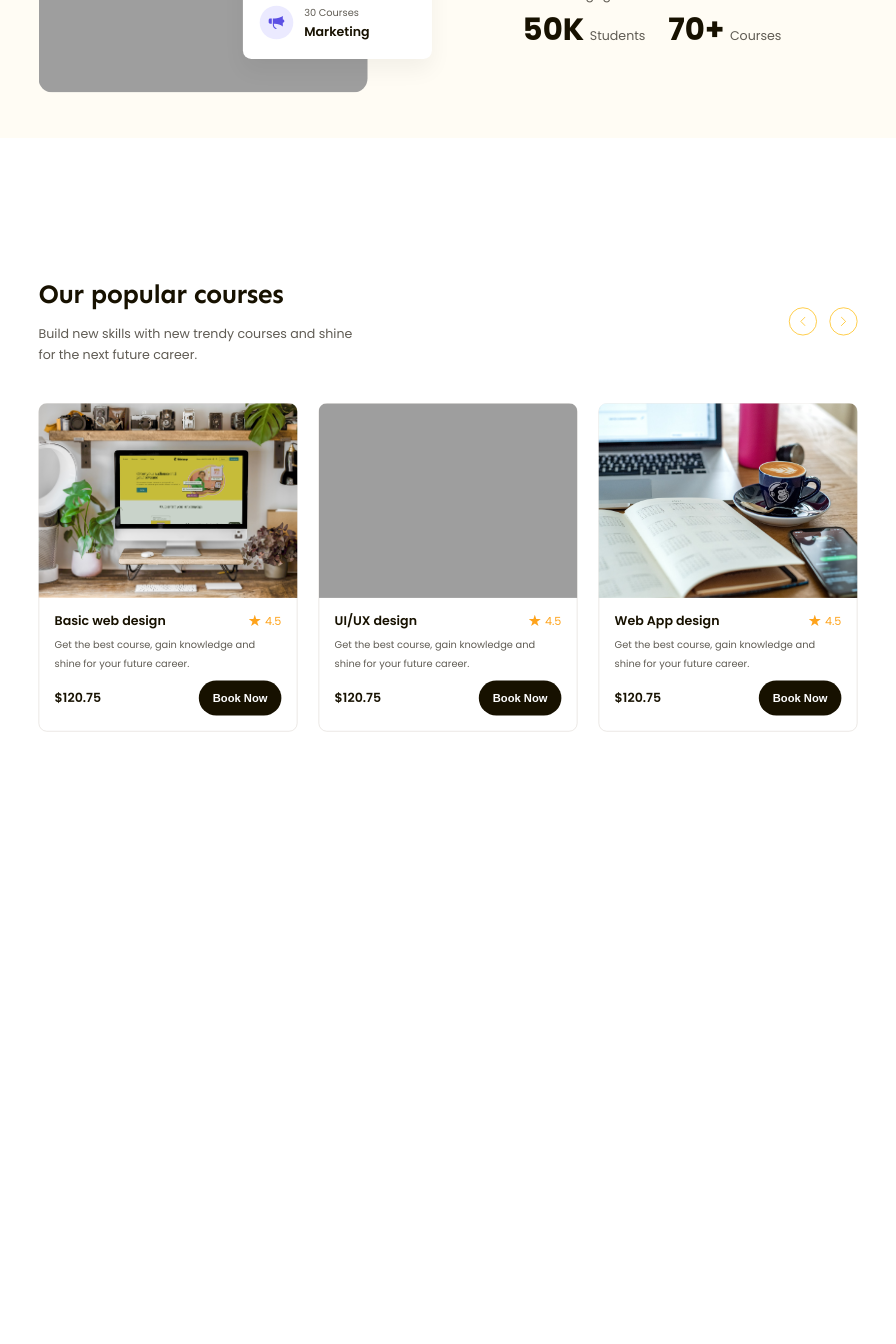
Repository: dovanlanh/f8-project-02
Page: index.html
An editor plug-in stored every save of this project. The page is shown before and after the next save, followed by the edit.
The browser window is 1280 px wide. The pictures show the part of the page from y = 703 to 2623 px (the page is 10000 px tall), at 70% of full size.
Pictures or frames that could not be fetched are drawn as grey boxes.

Above is the page before, as saved 2023-02-05 22:32:29.

### index.html
<!DOCTYPE html>
<html lang="en">
<head>
    <meta charset="UTF-8">
    <meta http-equiv="X-UA-Compatible" content="IE=edge">
    <meta name="viewport" content="width=device-width, initial-scale=1.0">
    <title>F8 Project 02</title>
    <!-- reset css -->
    <link rel="stylesheet" href="./assets/css/reset.css">
    <!-- embed fonts -->
    <link rel="preconnect" href="https://fonts.googleapis.com">
    <link rel="preconnect" href="https://fonts.gstatic.com" crossorigin>
    <link href="https://fonts.googleapis.com/css2?family=Poppins:ital,wght@0,400;0,500;0,600;0,700;1,400&family=Sen:wght@700&display=swap" rel="stylesheet">
    <!-- style -->
    <link rel="stylesheet" href="./assets/css/styles.css">
</head>
<body>
    <main style=" height: 10000px">
        <!-- header  -->
        <header class="header fixed">
            <div class="main-content">
                    <div class="body">
                        <!-- logo -->
                        <img src="./assets/img/Lesson.svg" alt="Lesson" class="Logo">
                        <!-- nav -->
                        <nav class="nav">
                            <ul>
                                <li class="active">
                                    <a href="#!">Home</a>
                                </li>
                                <li>
                                    <a href="#!">Courses</a>
                                </li>
                                <li>
                                    <a href="#!">Pricing</a>
                                </li>
                                <li>
                                    <a href="#!">Reviews</a>
                                </li>
                            </ul>
                        </nav>
                        <!-- active -->
                        <div class="action">
                            <a href="#!" class="btn sign-up-btn">Sign Up</a>
                        </div>
                    </div>
            </div>
        </header>
        <!-- Hero -->
        <div class="hero">
            <div class="main-content">
                <div class="body">
                    <!-- Hero left -->
                    <div class="media-block">
                        <img src="./assets/img/guy-lesson.svg" alt="" class="img">
                        <div class="hero-summary">
                            <div class="item">
                                <div class="icon">
                                    <img src="./assets/img/list-icon1.svg" alt="">
                                </div>
                                <div class="info">
                                    <p class="label">20 Courses</p>
                                    <p class="tittle">UI/UX Design</p>
                                </div>
                            </div>
                            <div class="item">
                                <div class="icon">
                                    <img src="./assets/img/list-icon2.svg" alt="">
                                </div>
                                <div class="info">
                                    <p class="label">20 Courses</p>
                                    <p class="tittle">Development</p>
                                </div>
                            </div>
                            <div class="item">
                                <div class="icon">
                                    <img src="./assets/img/list-icon3.svg" alt="">
                                </div>
                                <div class="info">
                                    <p class="label">30 Courses</p>
                                    <p class="tittle">Marketing</p>
                                </div>
                            </div>
                        </div>
                    </div>
                    <!-- hero-right -->
                    <div class="content-block">
                        <h1 class="heading lv1">Learn without limits and spread knowledge.</h1>
                        <p class="desc">
                            Build new skills for that “this is my year” feeling with courses, certificates, and degrees from world-class universities and companies.
                        </p>
                            <div class="cta-group">
                                <a href="#!" class="btn hero-cta">See Courses</a>
                                <button class="watch-video">
                                    <div class="icon">
                                        <img src="./assets/img/icon-watch-video.svg" alt="">
                                    </div>
                                    <span>Watch Video</span>
                                </button>
                            </div>
                        <p class="desc">Recent engagement</p>
                        <div class="desc stats">
                            <strong>50K</strong>Students
                            <strong>70+</strong>Courses
                        </div>
                    </div>
                </div>
            </div>
        </div>
        <!-- Popular -->
        <div class="popular">
            <div class="main-content">
                <!-- popular top -->
                <div class="popular-top">
                    <div class="info">
                        <h2 class="heading lv2">Our popular courses</h2>
                        <p class="desc">Build new skills with new trendy courses and shine for the next future career.</p>
                    </div>
                    <div class="controls">
                        <button class="control-btn">
                            <svg width="8" height="14" viewBox="0 0 8 14" fill="none" xmlns="http://www.w3.org/2000/svg">
                                <path d="M7 1L1 7L7 13" stroke="currentColor" stroke-linecap="round" stroke-linejoin="round"/>
                            </svg>
                        </button>
                        <button class="control-btn">
                            <svg width="8" height="14" viewBox="0 0 8 14" fill="none" xmlns="http://www.w3.org/2000/svg">
                                <path d="M1 1L7 7L1 13" stroke="currentColor" stroke-linecap="round" stroke-linejoin="round"/>
                            </svg>
                        </button>
                    </div>
                </div>
                <!-- popular-bottom -->
                <div class="course-list">
                    <!-- course item 1 -->
                    <div class="course-item">
                        <img src="./assets/img/img-popular/course1.jpg" alt="Basic web design" class="thumb">
                        <div class="info">
                            <div class="head">
                                <h3 class="tittle line-clamp">Basic web design</h3>
                                <div class="rating">
                                    <img src="./assets/img/Star.svg" alt="star" class="star">
                                    <span class="value">4.5</span>
                                </div>
                            </div>
                            <p class="desc-course line-clamp line-2">Get the best course, gain knowledge and shine for your future career.</p>
                            <div class="foot">
                                <span class="price">$120.75</span>
                                <button class="btn">Book Now</button>
                            </div>
                        </div>
                    </div>
                    <!-- course item 2 -->
                    <div class="course-item">
                        <img src="./assets/img/img-popular/course2.jpg" alt="UI/UX design" class="thumb">
                        <div class="info">
                            <div class="head">
                                <h3 class="tittle line-clamp">UI/UX design</h3>
                                <div class="rating">
                                    <img src="./assets/img/Star.svg" alt="star" class="star">
                                    <span class="value">4.5</span>
                                </div>
                            </div>
                            <p class="desc-course line-clamp line-2">Get the best course, gain knowledge and shine for your future career.</p>
                            <div class="foot">
                                <span class="price">$120.75</span>
                                <button class="btn">Book Now</button>
                            </div>
                        </div>
                    </div>
                    <!-- course item 3 -->
                    <div class="course-item">
                        <img src="./assets/img/img-popular/course3.jpg" alt="Web App design" class="thumb">
                        <div class="info">
                            <div class="head">
                                <h3 class="tittle line-clamp">Web App design</h3>
                                <div class="rating">
                                    <img src="./assets/img/Star.svg" alt="star" class="star">
                                    <span class="value">4.5</span>
                                </div>
                            </div>
                            <p class="desc-course line-clamp line-2">Get the best course, gain knowledge and shine for your future career.</p>
                            <div class="foot">
                                <span class="price">$120.75</span>
                                <button class="btn">Book Now</button>
                            </div>
                        </div>
                    </div>
                </div>
            </div>
        </div>

    </main>
</body>
</html>

### assets/css/styles.css
* {
    box-sizing: border-box;
}
:root {
    --font-heading: sen, sans-serif;
    --primary-color:#FFB900;
}
html,
body {
    scroll-behavior: smooth;
    font-size: 62.5%;
}

html {
    font-size: 62.5%;
}

body {
    font-size: 1.6rem;
    font-family: 'Poppins', sans-serif;
}

/* common */
.line-clamp {
    display: -webkit-box;
    -webkit-line-clamp: var(--line-clamp, 1);
    -webkit-box-orient: vertical;
    overflow: hidden;
}
.line-clamp.line-2 {
    --line-clamp: 2;
}
.heading {
    font-family: var(--font-heading);
    font-weight: 700;
    letter-spacing: -0.02em;
    color: #171100;
}
a {
    text-decoration: none;
}
.main-content {
    width: 1170px;
    max-width: calc(100% - 48px);
    margin-left: auto;
    margin-right: auto;
}
.btn {
    min-width: 118px;
    display: inline-block;
    padding: 0 16px;
    align-items: center;
    line-height: 50px;
    font-weight: 600;
    font-size: 1.6rem;
    text-align: center;
    color: #FFFFFF;
    background: #171100;
    border-radius: 999px;
}
.btn:hover {
    opacity: 0.9;
}
/* header */
.header {
    background:#FFFCF4;
}
.header.fixed {
    position: sticky;
    top: -32px;
    z-index: 1;
}
.header .body {
    display: flex;
    align-items: center;
    padding: 36px 0 8px;
}
.nav ul {
    display: flex;
}

.nav {
    margin-left: auto;
}
.nav a {
    position: relative;
    padding: 8px 21px;
    font-weight: 400;
    font-size: 1.6rem;
    color: #5F5B53;
}
.nav a:hover,
.nav li.active a {
    text-shadow: 1px 0 0 currentColor;
    color: #171100;
}
.nav li.active a::after {
    left: 21px;
    bottom: 6px;
    display: block;
    content: "";
    position: absolute;
    width: 12px;
    height: 2px;
    background: #171100;
    border-radius: 1px;
}
.header .sign-up-btn {
    min-width: 144px;
}
.header .action {
    margin-left: 49px;
}

/* hero */
.hero {
    padding: 56px 0 65px;
    background:#FFFCF4;
}
.hero .body {
    display: flex;
}
/* hero left */
.hero .media-block {
    width: 48%;
    position: relative;
}

.hero .media-block .img {
    width: 470px;
    height: 685px;
    object-fit: cover;
    border-radius: 20px;
    display: block;
}
.hero .media-block .hero-summary {
    position: absolute;
    right: 0;
    bottom: 48px;
}
.hero .hero-summary {
    width: 270px;
    padding: 24px;
    background: #FFFFFF;
    box-shadow: 0px 16px 32px rgba(0, 0, 0, 0.05);
    border-radius: 12px;
}
.hero-summary .item {
    display: flex;
    align-items: center;
}
.hero-summary .icon {
    width: 48px;
    height: 48px;
    border-radius: 50%;
    display: flex;
    align-items: center;
    justify-content: center;
    background: #FFF9E8;
}
.hero-summary .info {
    margin-left: 16px;
}
.hero-summary .label {
    font-weight: 400;
    font-size: 1.4rem;
    line-height: 1.86;
    color: #5F5B53;
}
.hero-summary .tittle {
    font-weight: 600;
    font-size: 1.8rem;
    line-height: 1.67;
    color: #171100;
}
.hero-summary .item + .item {
    margin-top: 22px;
}
.hero-summary .item:nth-of-type(2) .icon {
    background: #FCEFFF;
}
.hero-summary .item:nth-of-type(3) .icon {
    background: #EBEAFF;
}
/* hero right */
.hero .content-block {
    width: 52%;
    padding: 64px 0 0 130px;
}
.hero .content-block .heading.lv1 {
    font-size: 5.8rem;
    line-height: 1.17;
}
.content-block .desc {
    margin-top: 22px;
    font-weight: 400;
    font-size: 1.8rem;
    line-height: 1.67;
    color: #5F5B53;
}
.content-block .cta-group {
    margin: 38px 0 48px;
}
.content-block .cta-group .hero-cta{
    min-width: 180px;
    background-color: var(--primary-color);
    line-height: 64px;
}
.content-block .cta-group {
    display: flex;
    align-items: center;
}
.hero .watch-video {
    margin-left: 28px;
    display: flex;
    align-items: center;
    border: none;
    background: transparent;
    cursor: pointer;

}
.cta-group span {
    font-family: 'poppins', sans-serif;
    margin-left: 14px;
    font-weight: 600;
    font-size: 1.8rem;
    line-height: 1.67;
    color: #171100;
}
.hero .watch-video .icon {
    display: flex;
    align-items: center;
    justify-content: center;
    width: 40px;
    height: 40px;
    background: #FFFFFF;
    box-shadow: 0px 8px 16px rgba(0, 0, 0, 0.07);
    border-radius: 50%;
    cursor: pointer;
}
.hero .watch-video .icon:hover {
    background: orange;
    opacity: 0.5;
}
.hero .stats {
    margin: 8px 0 0 -28px;

}
.hero .stats strong {
    --font-heading: sen, sans-serif;
    padding: 0 8px 0 28px;
    font-weight: 700;
    font-size: 4.4rem;
    line-height: 1.23;
    color: #171100;
}
/* popular */
.popular {
    padding: 65px 0;
    margin-top: 135px;
}
.popular .heading.lv2 {
    font-size: 3.8rem;
    line-height: 1.26;
}
.popular .desc {
    margin-top: 16px;
    width: 458px;
    font-weight: 400;
    font-size: 1.8rem;
    line-height: 1.67;
    color: #5F5B53;
}
.popular .popular-top {
    display: flex;
    justify-content: space-between;
    align-items: center;
}
.popular-top .controls {
    display: flex;
    gap: 18px;
}
.popular-top .control-btn {
    display: flex;
    align-items: center;
    justify-content: center;
    width: 40px;
    height: 40px;
    color: var(--primary-color);
    border: 1px solid var(--primary-color);
    border-radius: 50%;
    background: transparent;
}
.popular-top .control-btn:hover {
    color: #fff;
    background: var(--primary-color);
    cursor: pointer;
}
/* Course list */
.popular .course-list {
    display: flex;
    gap: 30px;
    margin-top: 55px;
}
.popular .course-item {
    flex: 1;
    width: 370px;
    background: #FFFFFF;
    border: 1px solid #E2DFDA;
    border-radius: 12px;
}
.popular .course-item .thumb {
    width: calc(100% + 2px);
    height: 278px;
    margin: -1px;
    object-fit: cover;
    border-radius: 12px 12px 0px 0px;
}
.popular .course-item .info {
    padding: 16px 22px 22px;
}
.popular .course-item .foot,
.popular .course-item .rating,
.popular .course-item .head {
    display: flex;
    align-items: center;
    justify-content: space-between;
}
.popular .course-item .tittle {
    font-weight: 600;
    font-size: 1.8rem;
    line-height: 1.67;
    color: #171100;
}
.popular .course-item .rating .value {
    margin-left: 6px;
    font-weight: 400;
    font-size: 1.6rem;
    line-height: 1.75;
    color: #FEA31B;
}
.popular .course-item .desc-course {
    margin-top: 6px;
    font-weight: 400;
    font-size: 1.4rem;
    line-height: 1.86;
    color: #5F5B53;
}
.popular .foot {
    margin-top: 12px;
}
.popular .foot .price{
    font-weight: 600;
    font-size: 1.8rem;
    line-height: 1.67;
    color: #171100;
}
.popular .foot .btn {
    height: 50px;
    border: none;
}
.popular .foot .btn:hover {
    background: #FFB900;
    transition: 0.2s;
}

Loaded but not shown: assets/css/reset.css (common file)

After the next save:
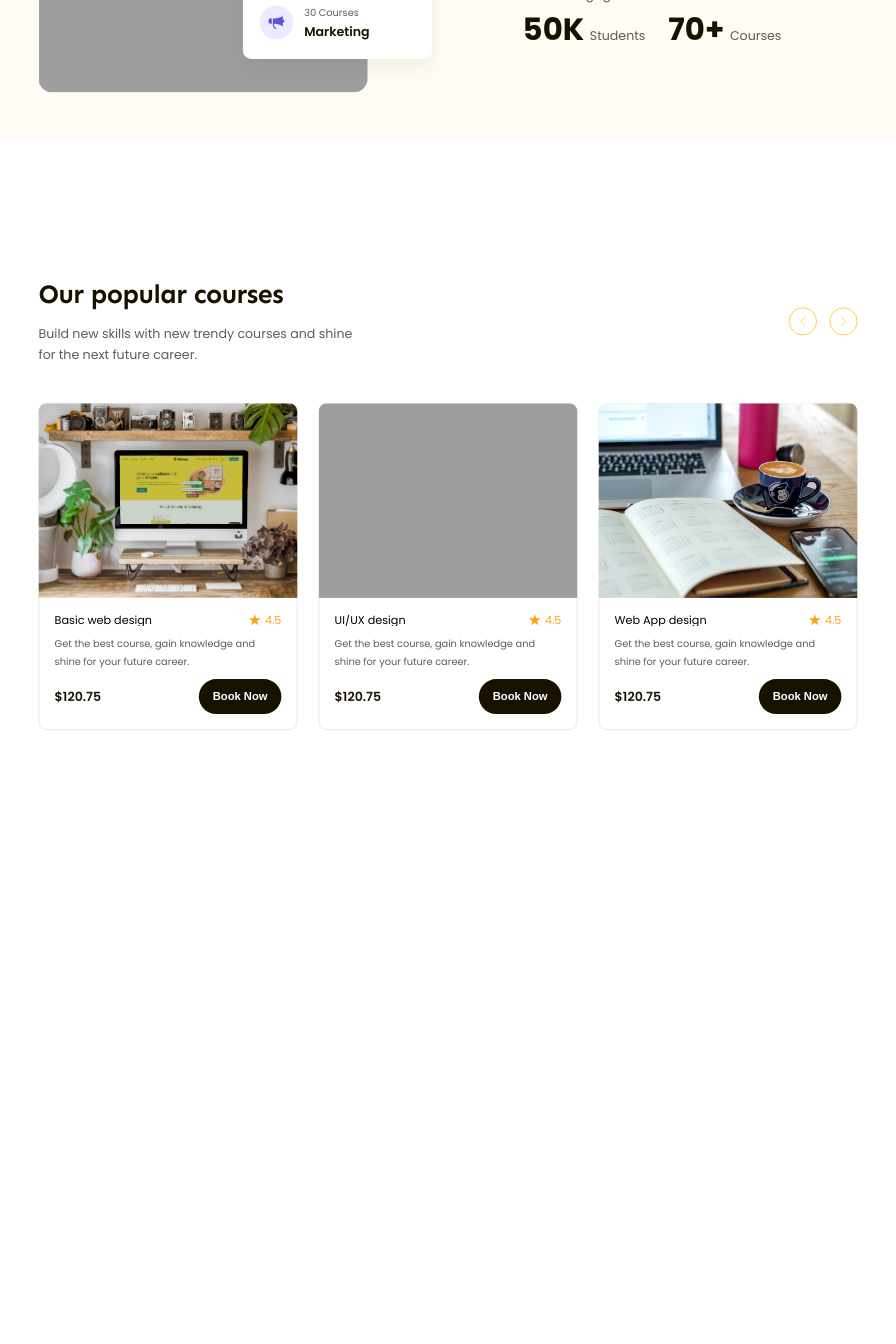
Saved 4 min 11 s later.
--- a/assets/css/styles.css
+++ b/assets/css/styles.css
@@ -326,7 +326,7 @@
     align-items: center;
     justify-content: space-between;
 }
-.popular .course-item .tittle {
+.popular .course-item .tittle a {
     font-weight: 600;
     font-size: 1.8rem;
     line-height: 1.67;

After the save that followed:
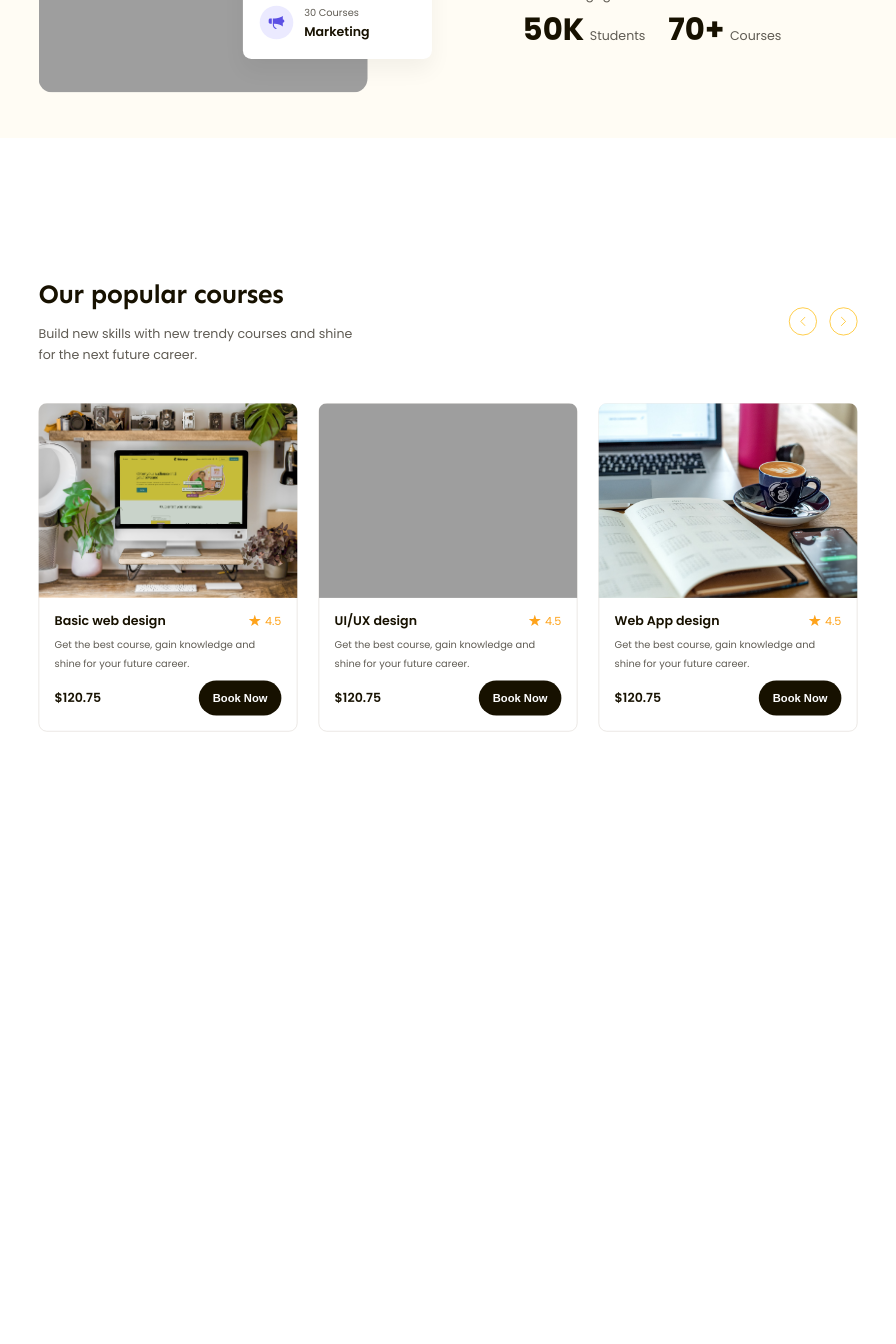
Saved 68 s later.
--- a/assets/css/styles.css
+++ b/assets/css/styles.css
@@ -326,7 +326,8 @@
     align-items: center;
     justify-content: space-between;
 }
-.popular .course-item .tittle a {
+.popular .course-item .tittle {
+    padding-right: 48px;
     font-weight: 600;
     font-size: 1.8rem;
     line-height: 1.67;
